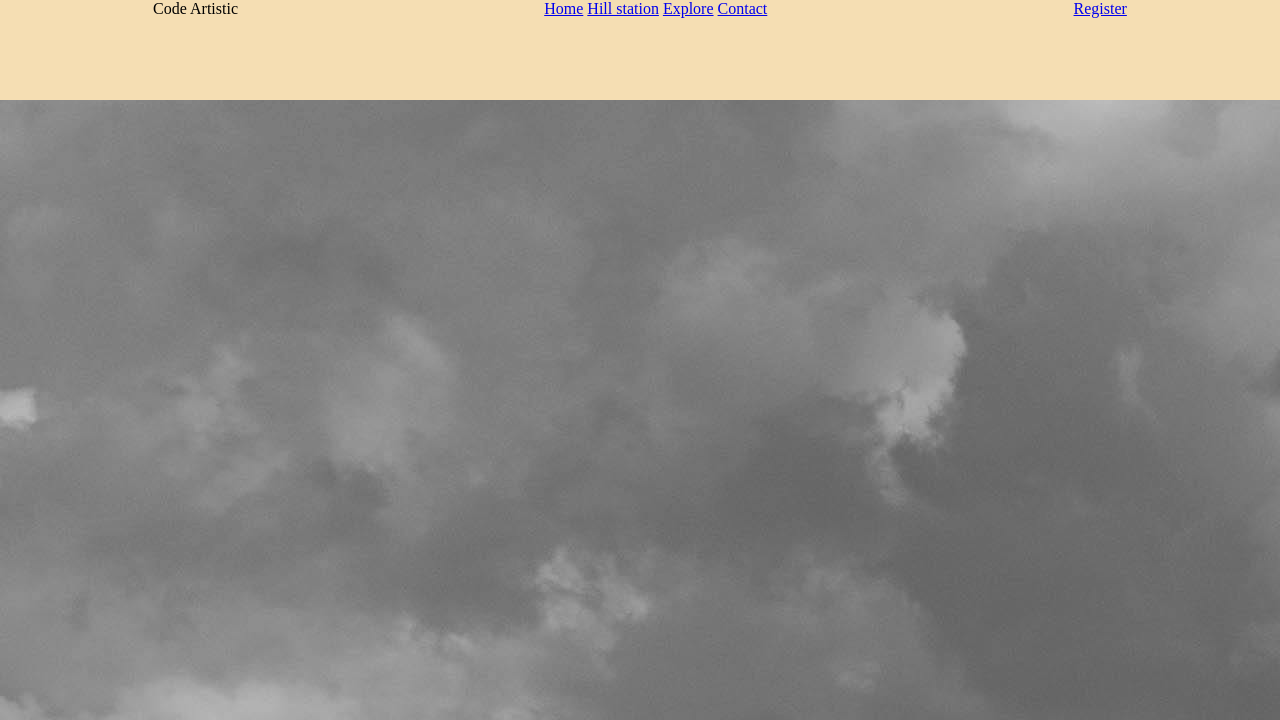
Repository: Ruxmary7/energy
Page: starter/index.html
The author's editor kept a copy of each file at every save. The page is drawn from the files as they stood at one save, then again after the next save.
The browser window is 1280 px wide. The pictures show the whole page.

Above is the page before, as saved 2025-01-10 21:56:48.

After the next save:
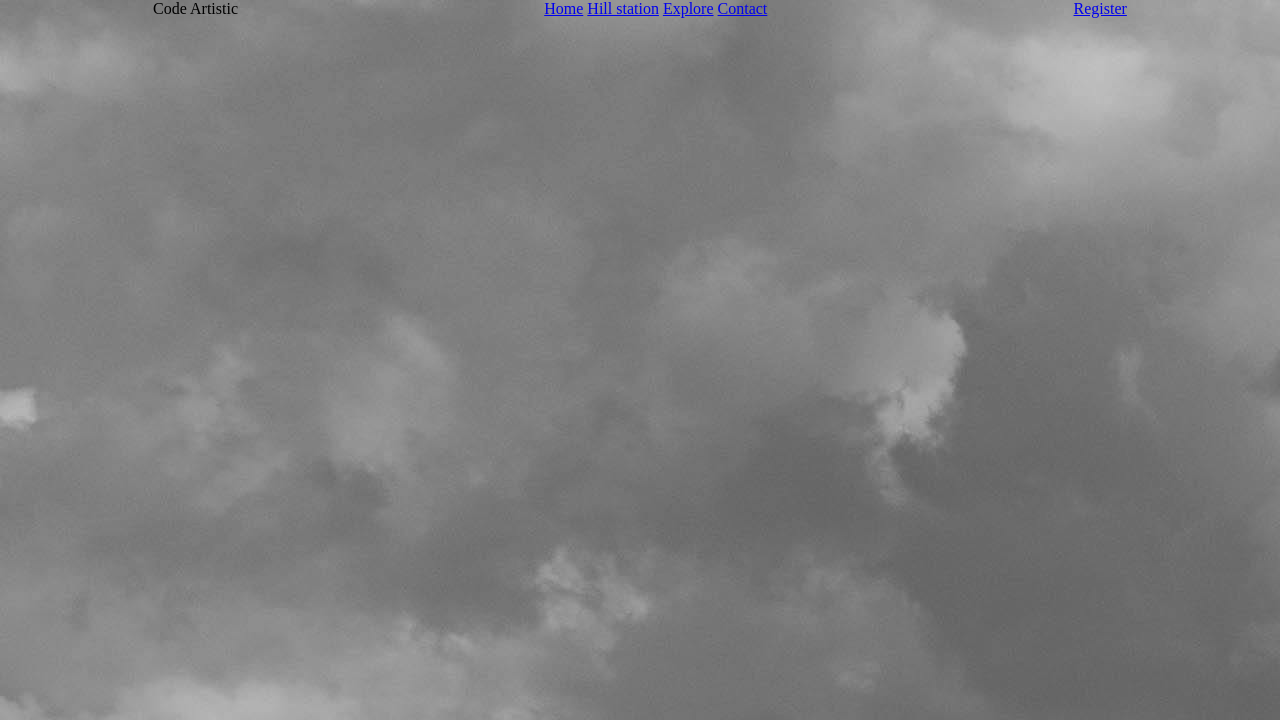
Saved 21 s later.
--- a/starter/style.css
+++ b/starter/style.css
@@ -12,7 +12,6 @@ header {
  nav {
     width: 100%;
     height: 100px;
-    background: wheat;
     color: #000;
     display: flex;
     justify-content: space-around;
